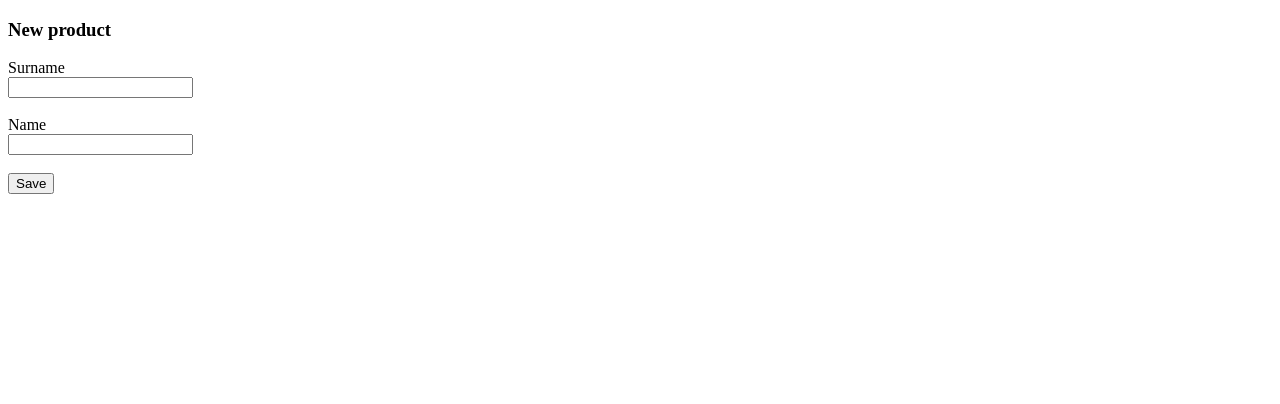
Repository: demadima/Web-appJava
Page: http://localhost/simpleweb/create
An editor plug-in stored every save of this project. The page is shown before and after the next save, followed by the edit.
The browser window is 1280 px wide. The pictures show the whole page.
The page is served by Tomcat 9. Other server files are loaded and not shown.

Above is the page before, as saved 2019-12-18 09:16:38.

### simpleweb/simpleweb/src/main/webapp/WEB-INF/view/create.jsp
<%@ taglib uri="http://java.sun.com/jsp/jstl/core" prefix="c" %>
<!DOCTYPE html>
<html>
<head>
<meta charset="UTF-8">
<title>Create product</title>
</head>
<body>
<h3>New product</h3>
<form method="post">
<label>Surname</label><br>
<input name="surname"/><br><br>
<label>Name</label><br>
<input name="name" /><br><br>



<input type="submit" value="Save" />
</form>
</body>
</html>

### simpleweb/simpleweb/java/com/javamaster/controller/HomeServlet.java
package com.javamaster.controller;

import java.io.IOException;
import java.io.PrintWriter;
import java.util.ArrayList;

import javax.servlet.RequestDispatcher;
import javax.servlet.ServletException;
import javax.servlet.http.HttpServlet;
import javax.servlet.http.HttpServletRequest;
import javax.servlet.http.HttpServletResponse;



public class HomeServlet extends HttpServlet {

    @Override
    protected void doGet(HttpServletRequest request, HttpServletResponse response) throws ServletException, IOException {
    	 String path = request.getServletPath();
         if (path.equals("/")){
        	 ArrayList<Notebook> products = PropertiesDB.select();
        	 //String data = products.get(1).getName();
		     request.setAttribute("products", products);
             request.getRequestDispatcher("/WEB-INF/view/index.jsp").forward(request, response);
         }
         else if (path.equals("/welcome")){
        	 ArrayList<Notebook> products = PropertiesDB.select();
        	// String data = products.get(1).getName();
		     request.setAttribute("products", products);
             request.getRequestDispatcher("/WEB-INF/view/welcome.jsp").forward(request, response);
         }else if (path.equals("/create")) {
        	 getServletContext().getRequestDispatcher("/WEB-INF/view/create.jsp").forward(request, response);

         }
    }

    protected void doPost(HttpServletRequest request, HttpServletResponse response)
            throws ServletException, IOException {
    		String path = request.getServletPath();
            try {
                String surname = request.getParameter("surname");
                String name = request.getParameter("name");
                int age = Integer.parseInt(request.getParameter("age"));
                String sex = request.getParameter("sex") ;
                String phone = request.getParameter("phone") ;;
                Notebook product = new Notebook(surname,name,age,sex,phone);
                PropertiesDB.insert(product);
                response.sendRedirect(request.getContextPath());
            }
            catch(Exception ex) {

                getServletContext().getRequestDispatcher("/WEB-INF/view/create.jsp").forward(request, response);
            }
        }
}

After the next save:
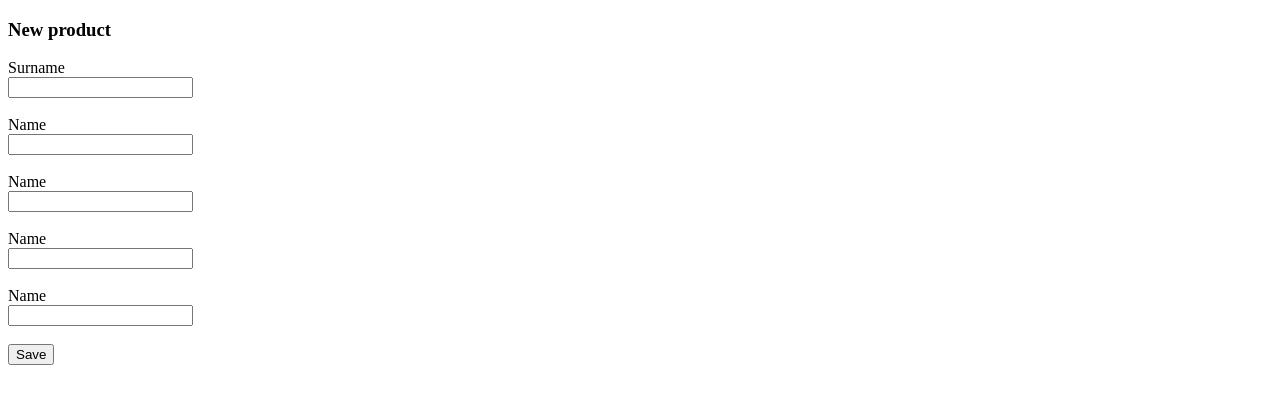
Saved 23 s later.
--- a/simpleweb/simpleweb/src/main/webapp/WEB-INF/view/create.jsp
+++ b/simpleweb/simpleweb/src/main/webapp/WEB-INF/view/create.jsp
@@ -12,8 +12,12 @@
 <input name="surname"/><br><br>
 <label>Name</label><br>
 <input name="name" /><br><br>
-
-
+<label>Name</label><br>
+<input name="name" /><br><br>
+<label>Name</label><br>
+<input name="name" /><br><br>
+<label>Name</label><br>
+<input name="name" /><br><br>
 
 <input type="submit" value="Save" />
 </form>
